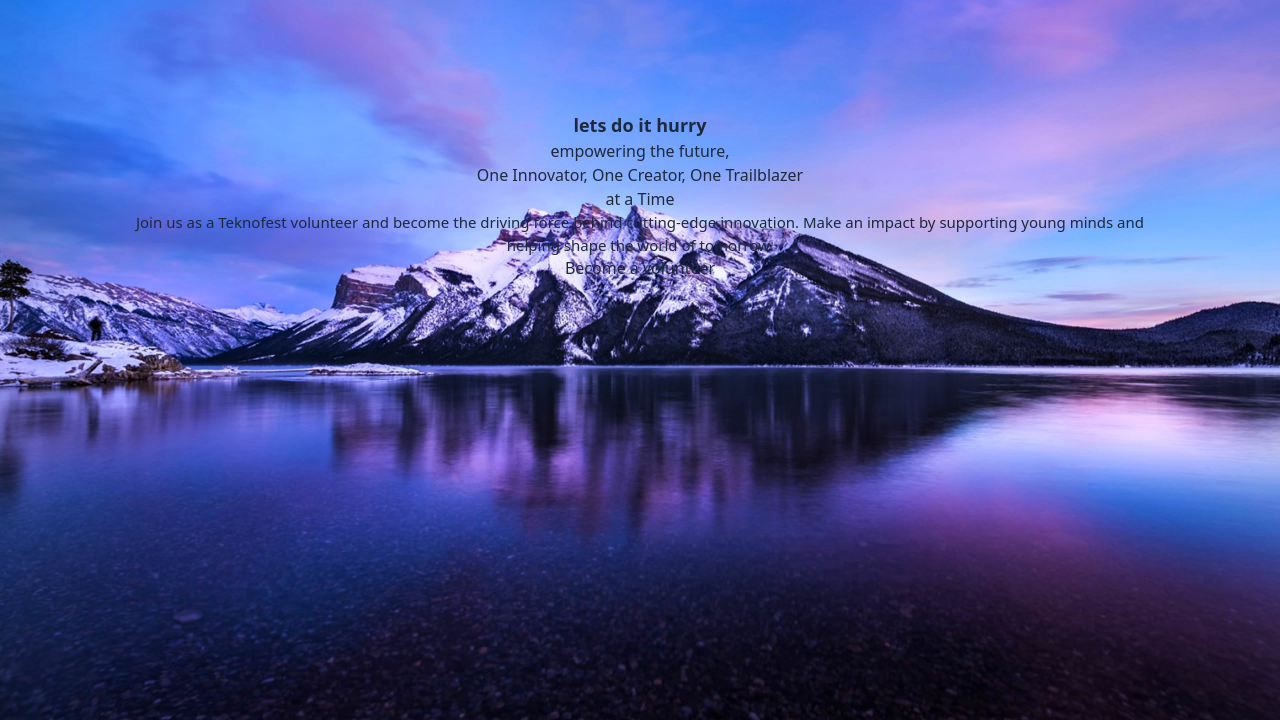
Repository: ManaheelJamil/TechnoFest-competetion
Page: /
An editor plug-in stored every save of this project. The page is shown before and after a run of saves, followed by the edit.
The browser window is 1280 px wide. The pictures show the whole page.
The project was rebuilt for these pictures with package versions that can differ from the ones it lists, and the page was loaded fresh each time. The framework's server and built-in components were replaced by stand-ins that run in the browser. Also part of the build but not shown: next.config.mjs.

Above is the page before, as saved 2024-10-13 13:19:43.

### app/layout.js
import localFont from "next/font/local";
import "./globals.css";
const geistSans = localFont({
  src: "./fonts/GeistVF.woff",
  variable: "--font-geist-sans",
  weight: "100 900",
});
const geistMono = localFont({
  src: "./fonts/GeistMonoVF.woff",
  variable: "--font-geist-mono",
  weight: "100 900",
});

export const metadata = {
  title: "Create Next App",
  description: "Generated by create next app",
};

export default function RootLayout({ children }) {
  return (
    <html lang="en">
      <body
        className={`${geistSans.variable} ${geistMono.variable} antialiased`}
      >

        {children}

      </body>
    </html>
  );
}

### app/page.js
import Irtizatask from "./compoenent/irtizatask";
export default function Home() {
  return (
    <div>
      <Irtizatask/>
    </div>
  );
}

### app/globals.css
@tailwind base;
@tailwind components;
@tailwind utilities;
.banner{
    background-image: url('/taskimage.jpg');
    background-position: center;
    background-size: cover;
    background-repeat: no-repeat;
    width: 100%;
    height: 100vh;
}

### app/compoenent/irtizatask.js
import React from 'react'

const Irtizatask = () => {
  return (
    <div className='flex justify-center  w-full h-100vh banner' >

        <div className='flex flex-col justify-items-center text-slate-800 text-center items-center m-28'  >
        <p className='text-[18px] font-bold'>
            lets do it hurry
        </p>
        <p>
            empowering the future,
            <p>
            One Innovator, One Creator, One Trailblazer
            </p>
            at a Time
        </p>

            <p className='text-[15px]'>
            Join us as a Teknofest volunteer and become the driving force behind cutting-edge innovation. Make an impact by supporting young minds and helping shape the world of tomorrow.
            </p>
            <button>
                Become a volunteer
            </button>
            </div>

    </div>
  )
}

export default Irtizatask

Loaded but not shown: tailwind.config.js (common file)

After the next 4 saves:
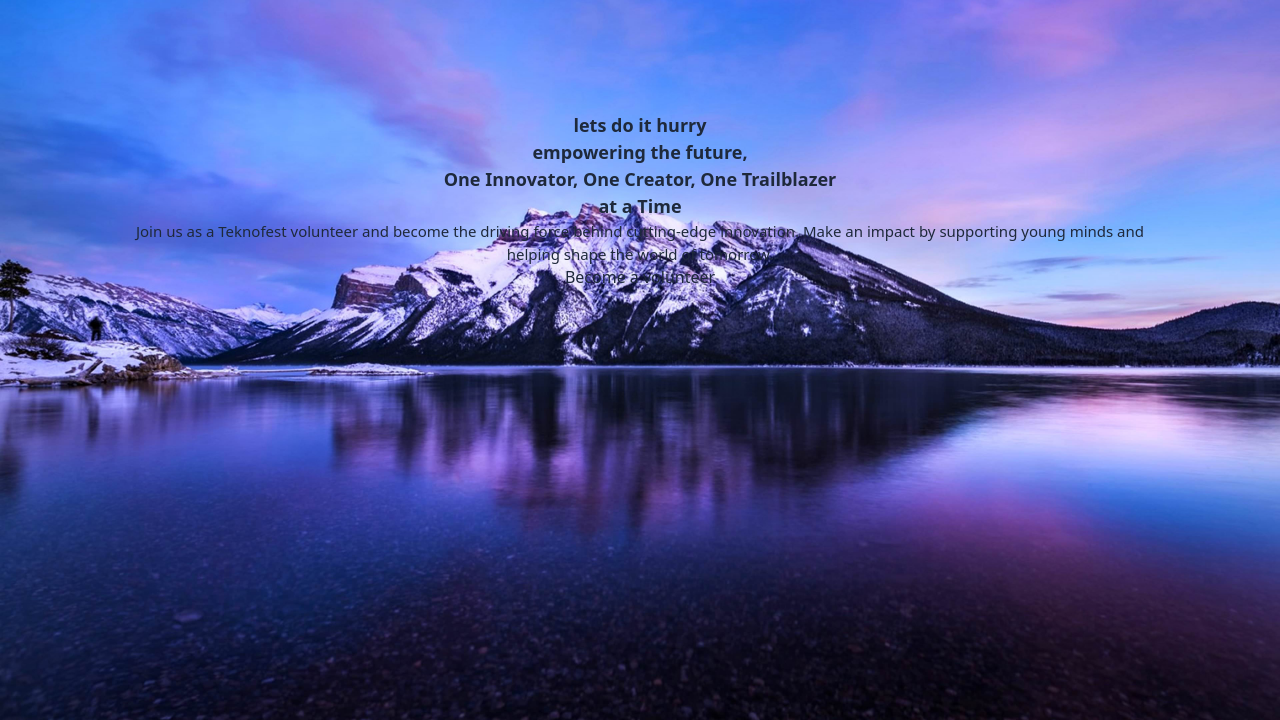
The 4 saves are shown as one change because they came seconds apart.
The last was saved 10 s later.
--- a/app/compoenent/irtizatask.js
+++ b/app/compoenent/irtizatask.js
@@ -8,7 +8,7 @@ const Irtizatask = () => {
         <p className='text-[18px] font-bold'>
             lets do it hurry
         </p>
-        <p>
+        <p className='text-[18px] font-bold'>
             empowering the future,
             <p>
             One Innovator, One Creator, One Trailblazer
